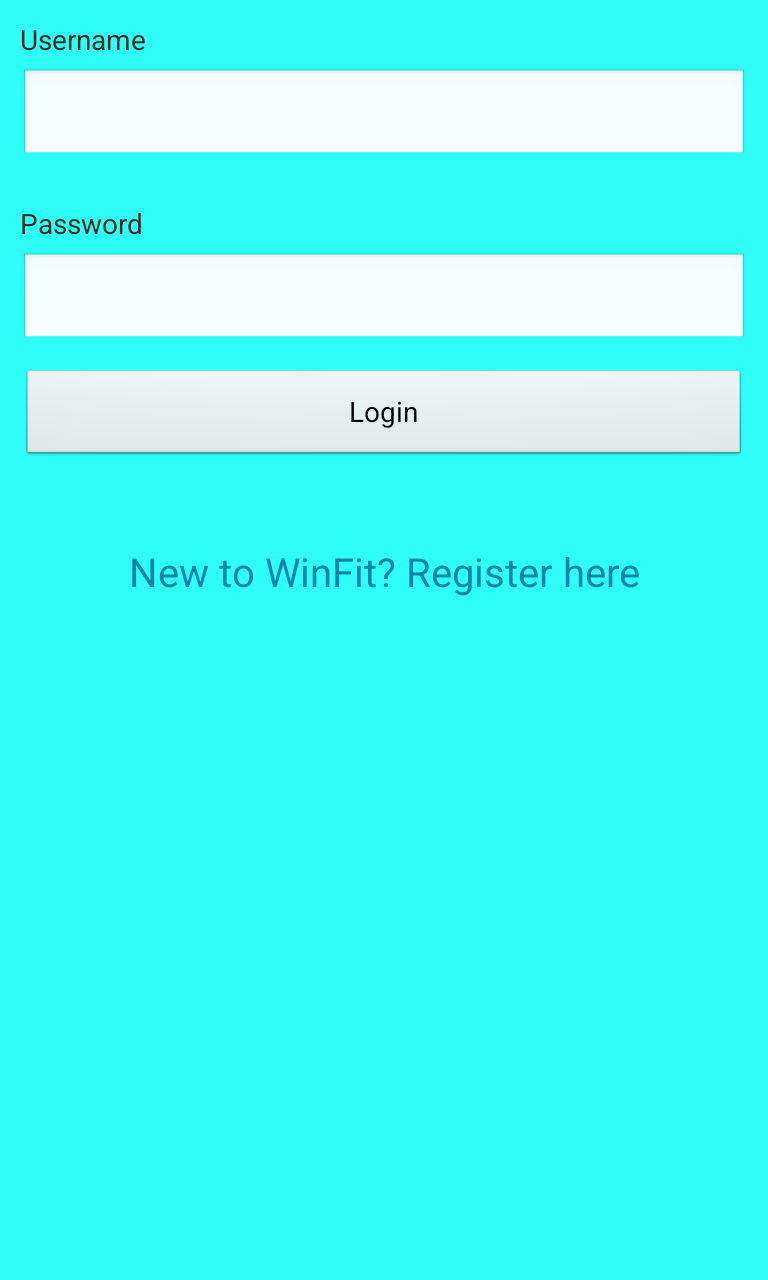
Repository: jwisch91/CS390-Project
Layout: workspace/testing/res/layout/login.xml
These files come from the project's save history. The layout is drawn as it stood at one moment and after a run of saves; the edit follows.
It is drawn on a 768 x 1280 px phone screen (xhdpi) without system bars, with theme android:Theme.NoTitleBar; the app's code is not run.

Above is the layout before, as saved 2013-03-31 22:02:53.

### workspace/testing/res/layout/login.xml
<?xml version="1.0" encoding="utf-8"?>
<ScrollView
  xmlns:android="http://schemas.android.com/apk/res/android"
  android:layout_width="fill_parent"
  android:layout_height="fill_parent"
  android:fillViewport="true">
  <RelativeLayout
        android:layout_width="fill_parent"
        android:layout_height="wrap_content"
        android:background="#2EFEF7">


        <!--  Header  Starts-->
        <LinearLayout android:id="@+id/header">
            <!--
                android:layout_width="fill_parent"
                android:layout_height="wrap_content"
                android:background="@layout/header_gradient"
                android:paddingTop="5dip"
                android:paddingBottom="5dip">
                 Logo Start-->

            <ImageView
                android:layout_width="wrap_content"
                android:paddingTop="5dip"
                android:paddingBottom="5dip"
                android:layout_height="wrap_content"
                android:gravity="center"
                android:src="@drawable/logo" />

                <!-- Logo Ends -->
        </LinearLayout>
        <!--  Header Ends -->
        <!-- Footer Start -->
        <!-- <LinearLayout android:id="@+id/footer"
                android:layout_width="fill_parent"
                android:layout_height="90dip"
                android:background="@layout/footer_repeat"
                android:layout_alignParentBottom="true">
        </LinearLayout>-->
        <!-- Footer Ends -->

        <!-- Login Form -->
        <LinearLayout
          android:orientation="vertical"
          android:layout_width="match_parent"
          android:layout_height="wrap_content"
          android:padding="10dip"
          android:layout_below="@id/header">
          <!--  Email Label -->
          <TextView android:layout_width="fill_parent"
                android:layout_height="wrap_content"
                android:textColor="#372c24"
                android:text="Username"/>
          <EditText android:layout_width="fill_parent"
                android:layout_height="wrap_content"
                android:layout_marginTop="5dip"
                android:layout_marginBottom="20dip"
                android:singleLine="true"/>
          <!--  Password Label -->
          <TextView android:layout_width="fill_parent"
                android:layout_height="wrap_content"
                android:textColor="#372c24"
                android:text="Password"/>
          <EditText android:layout_width="fill_parent"
                android:layout_height="wrap_content"
                android:layout_marginTop="5dip"
                android:singleLine="true"
                android:password="true"/>
          <!-- Login button -->
          <Button android:id="@+id/btnLogin"
                android:layout_width="fill_parent"
                android:layout_height="wrap_content"
                android:layout_marginTop="10dip"
                android:text="Login"/>
          <!-- Link to Registration Screen -->
          <TextView android:id="@+id/link_to_register"
                android:layout_width="fill_parent"
                android:layout_height="wrap_content"
                android:layout_marginTop="40dip"
                android:layout_marginBottom="40dip"
                android:text="New to WinFit? Register here"
                android:gravity="center"
                android:textSize="20dip"
                android:textColor="#0b84aa"/>

        </LinearLayout>
        <!-- Login Form Ends -->
  </RelativeLayout>
</ScrollView>

### workspace/testing/res/layout/footer_repeat.xml
<?xml version="1.0" encoding="utf-8"?>
<bitmap xmlns:android="http://schemas.android.com/apk/res/android"
    android:src="@drawable/repeat_bg"
    android:tileMode="repeat" />

Loaded but not shown: workspace/testing/res/layout/header_gradient.xml (common file)

After the next 3 saves:
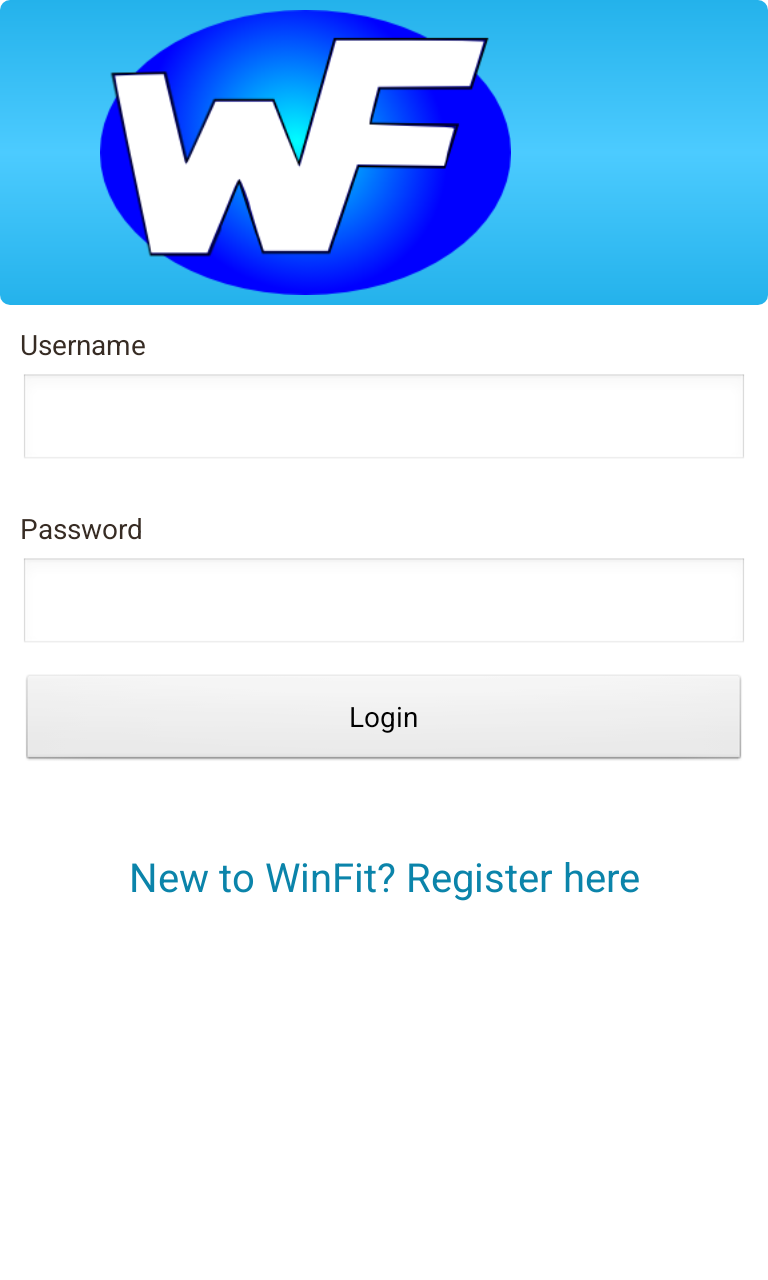
The 3 saves are shown as one change because 2 did not build or start.
The last was saved 2 min 58 s later.
--- a/workspace/testing/res/layout/login.xml
+++ b/workspace/testing/res/layout/login.xml
@@ -7,25 +7,21 @@
   <RelativeLayout
         android:layout_width="fill_parent"
         android:layout_height="wrap_content"
-        android:background="#2EFEF7">
-
+        android:background="#ffffff">
 
         <!--  Header  Starts-->
-        <LinearLayout android:id="@+id/header">
-            <!--
+        <LinearLayout android:id="@+id/header"
                 android:layout_width="fill_parent"
                 android:layout_height="wrap_content"
                 android:background="@layout/header_gradient"
                 android:paddingTop="5dip"
                 android:paddingBottom="5dip">
-                 Logo Start-->
+                <!-- Logo Start-->
 
             <ImageView
                 android:layout_width="wrap_content"
-                android:paddingTop="5dip"
-                android:paddingBottom="5dip"
                 android:layout_height="wrap_content"
-                android:gravity="center"
+                android:layout_marginLeft="50dip"
                 android:src="@drawable/logo" />
 
                 <!-- Logo Ends -->
